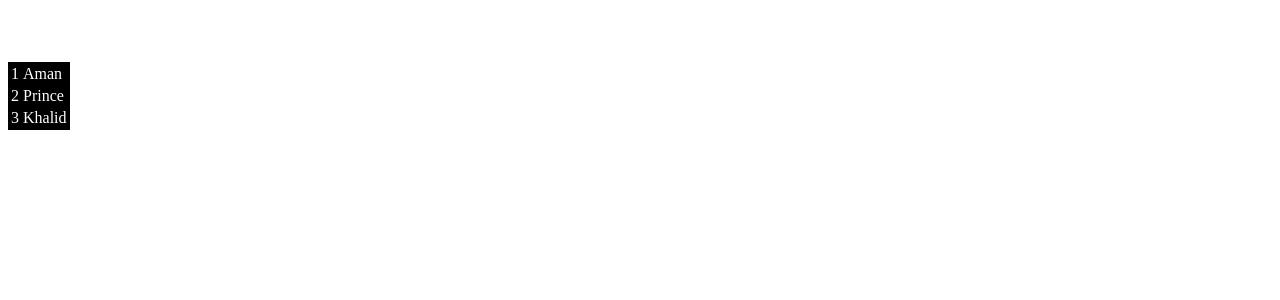
Repository: md-aman-git/Java-Repo-Epam
Page: http://localhost/JSTLDemo/DemoJstl
An editor plug-in stored every save of this project. The page is shown before and after the next save, followed by the edit.
The browser window is 1280 px wide. The pictures show the whole page.
The page is served by Tomcat 9.

Above is the page before, as saved 2022-03-07 16:33:06.

### JspServlet/JSTLDemo/src/main/webapp/display.jsp
<%@ page language="java" contentType="text/html; charset=ISO-8859-1"
    pageEncoding="ISO-8859-1"%>
<!-- i have also first included library of jstl then will be able to use uri -->
<%@ taglib prefix="c" uri="http://java.sun.com/jsp/jstl/core" %>
<!DOCTYPE html>
<html>
<head>
<meta charset="ISO-8859-1">
<title>Insert title here</title>
<style type="text/css">
body {
color: #fff;
}
table {
background: #000;
}
</style>
</head>
<body>
	Hello World! <br>
	<div>${students}</div><br>
	<table>
	<c:forEach items="${students}" var="stud">
		<tr>
			<td>${stud.getId()}</td>
			<td>${stud.getName()}</td>
		</tr>
	</c:forEach>
	</table>
</body>
</html>

### JspServlet/JSTLDemo/src/main/java/com/epam/jstldemo/MyServlet.java
package com.epam.jstldemo;

import java.io.IOException;
import java.util.Arrays;
import java.util.List;

import javax.servlet.RequestDispatcher;
import javax.servlet.ServletException;
import javax.servlet.annotation.WebServlet;
import javax.servlet.http.HttpServlet;
import javax.servlet.http.HttpServletRequest;
import javax.servlet.http.HttpServletResponse;

import com.epam.jstldemo.entity.Student;

@WebServlet("/DemoJstl")
public class MyServlet extends HttpServlet {
	public void doGet(HttpServletRequest request, HttpServletResponse response) throws ServletException, IOException {
		//String name = "Aman";
		Student student1 = new Student(1, "Aman");
		Student student2 = new Student(2, "Prince");
		Student student3 = new Student(3, "Khalid");
		List<Student> studs = Arrays.asList(student1, student2, student3);
		request.setAttribute("students", studs);
		RequestDispatcher rd = request.getRequestDispatcher("display.jsp");
		rd.forward(request, response);
	}
}

### JspServlet/JSTLDemo/src/main/java/com/epam/jstldemo/entity/Student.java
package com.epam.jstldemo.entity;

public class Student {
	private int id;
	private String name;

	public Student(int id, String name) {
		this.id = id;
		this.name = name;
	}
	public int getId() {
		return id;
	}
	public void setId(int id) {
		this.id = id;
	}
	public String getName() {
		return name;
	}
	public void setName(String name) {
		this.name = name;
	}
	@Override
	public String toString() {
		return "Student [id=" + id + ", name=" + name + "]";
	}

}

After the next save:
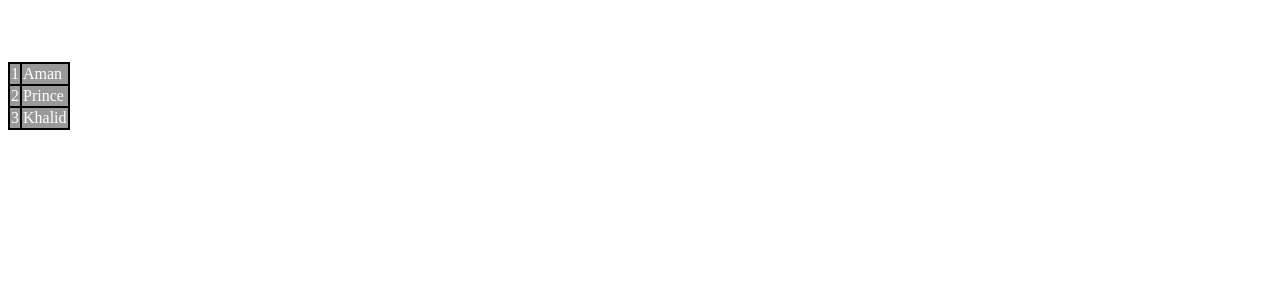
Saved 39 s later.
--- a/JspServlet/JSTLDemo/src/main/webapp/display.jsp
+++ b/JspServlet/JSTLDemo/src/main/webapp/display.jsp
@@ -14,6 +14,9 @@ color: #fff;
 table {
 background: #000;
 }
+td {
+background: #999;
+}
 </style>
 </head>
 <body>
